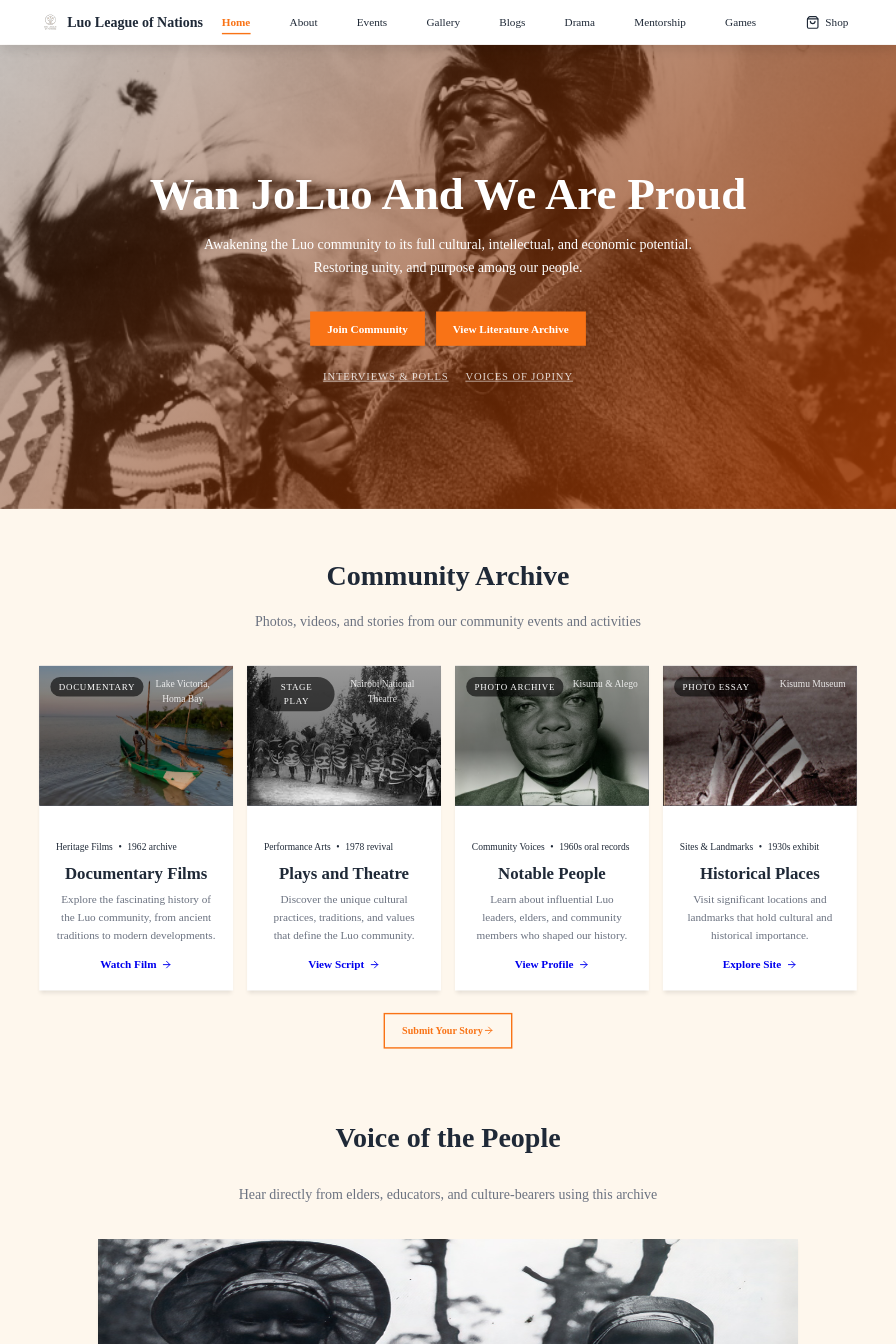
Repository: ianfranko/luo-community-history
Page: /
An editor plug-in stored every save of this project. The page is shown before and after the next save, followed by the edit.
The browser window is 1280 px wide. The pictures show the part of the page from y = 0 to 1920 px (the page is 4015 px tall before and 4515 px after), at 70% of full size.
The project was rebuilt for these pictures with package versions that can differ from the ones it lists, and the page was loaded fresh each time. The framework's server and built-in components were replaced by stand-ins that run in the browser. Also part of the build but not shown: next.config.ts.

Above is the page before, as saved 2025-11-23 12:25:47.

### src/app/layout.tsx
import type { Metadata } from "next";
import { Geist, Geist_Mono } from "next/font/google";
import "./globals.css";
import Layout from "@/components/Layout";

const geistSans = Geist({
  variable: "--font-geist-sans",
  subsets: ["latin"],
});

const geistMono = Geist_Mono({
  variable: "--font-geist-mono",
  subsets: ["latin"],
});

export const metadata: Metadata = {
  title: "Luo League of Nations",
  description: "Preserving and sharing the rich cultural heritage and history of the Luo people",
  icons: {
    icon: "/LLNLOGO.svg",
    shortcut: "/LLNLOGO.svg",
    apple: "/LLNLOGO.svg",
  },
};

export default function RootLayout({
  children,
}: Readonly<{
  children: React.ReactNode;
}>) {
  return (
    <html lang="en">
      <body
        className={`${geistSans.variable} ${geistMono.variable} antialiased`}
      >
        <Layout>{children}</Layout>
      </body>
    </html>
  );
}

### src/app/globals.css
/* Reset and base styles */
* {
  margin: 0;
  padding: 0;
  box-sizing: border-box;
}

:root {
  --primary-color: #f97316;
  --secondary-color: #eab308;
  --accent-color: #ea580c;
  --text-dark: #1f2937;
  --text-light: #6b7280;
  --bg-light: #fef7ed;
  --bg-white: #ffffff;
  --border-color: #e5e7eb;
  --shadow: 0 4px 6px -1px rgba(0, 0, 0, 0.1);
  --shadow-lg: 0 10px 15px -3px rgba(0, 0, 0, 0.1);
  --font-sans: var(--font-geist-sans), system-ui, -apple-system, sans-serif;
  --font-mono: var(--font-geist-mono), 'Courier New', monospace;

  /* New Colors */
  --forest-green: #2E7D32;
  --lake-blue: #0277BD;
  --cream: #F5F5DC;
}

body {
  font-family: var(--font-sans);
  line-height: 1.6;
  color: var(--text-dark);
  background-color: var(--bg-light);
}

/* Utility classes */
.container {
  max-width: 1200px;
  margin: 0 auto;
  padding: 0 1rem;
}

.flex {
  display: flex;
}

.flex-col {
  flex-direction: column;
}

.items-center {
  align-items: center;
}

.justify-center {
  justify-content: center;
}

.justify-between {
  justify-content: space-between;
}

.text-center {
  text-align: center;
}

.grid {
  display: grid;
}

.grid-cols-1 {
  grid-template-columns: repeat(1, minmax(0, 1fr));
}

.grid-cols-2 {
  grid-template-columns: repeat(2, minmax(0, 1fr));
}

.grid-cols-3 {
  grid-template-columns: repeat(3, minmax(0, 1fr));
}

.gap-2 {
  gap: 0.5rem;
}

.gap-4 {
  gap: 1rem;
}

.gap-6 {
  gap: 1.5rem;
}

.gap-8 {
  gap: 2rem;
}

.space-y-4 > * + * {
  margin-top: 1rem;
}

.space-y-6 > * + * {
  margin-top: 1.5rem;
}

.space-y-8 > * + * {
  margin-top: 2rem;
}

/* Typography */
.text-sm {
  font-size: 0.875rem;
}

.text-base {
  font-size: 1rem;
}

.text-lg {
  font-size: 1.125rem;
}

.text-xl {
  font-size: 1.25rem;
}

.text-2xl {
  font-size: 1.5rem;
}

.text-3xl {
  font-size: 1.875rem;
}

.text-4xl {
  font-size: 2.25rem;
}

.text-5xl {
  font-size: 10rem;
}

.font-semibold {
  font-weight: 600;
}

.font-bold {
  font-weight: 700;
}

/* Colors */
.text-primary {
  color: var(--primary-color);
}

.text-secondary {
  color: var(--secondary-color);
}

.text-gray-600 {
  color: var(--text-light);
}

.text-gray-700 {
  color: #374151;
}

.text-gray-800 {
  color: #1f2937;
}

.text-white {
  color: white;
}

.bg-primary {
  background-color: var(--primary-color);
}

.bg-secondary {
  background-color: var(--secondary-color);
}

.bg-white {
  background-color: var(--bg-white);
}

.bg-gradient {
  background: linear-gradient(135deg, var(--primary-color), var(--secondary-color));
}

/* New Color Utilities */
.text-forest-green {
  color: var(--forest-green);
}

.text-lake-blue {
  color: var(--lake-blue);
}

.bg-forest-green {
  background-color: var(--forest-green);
}

.bg-lake-blue {
  background-color: var(--lake-blue);
}

.bg-cream {
  background-color: var(--cream);
}

.border-forest-green {
  border-color: var(--forest-green);
}

.border-lake-blue {
  border-color: var(--lake-blue);
}

/* Spacing */
.p-4 {
  padding: 1rem;
}

.p-6 {
  padding: 1.5rem;
}

.p-8 {
  padding: 2rem;
}

.py-4 {
  padding-top: 1rem;
  padding-bottom: 1rem;
}

.py-8 {
  padding-top: 2rem;
  padding-bottom: 2rem;
}

.py-12 {
  padding-top: 3rem;
  padding-bottom: 3rem;
}

.py-16 {
  padding-top: 4rem;
  padding-bottom: 4rem;
}

.px-4 {
  padding-left: 1rem;
  padding-right: 1rem;
}

.px-6 {
  padding-left: 1.5rem;
  padding-right: 1.5rem;
}

.m-4 {
  margin: 1rem;
}

.mb-4 {
  margin-bottom: 1rem;
}

.mb-6 {
  margin-bottom: 1.5rem;
}

.mb-8 {
  margin-bottom: 2rem;
}

.mt-8 {
  margin-top: 2rem;
}

/* Border and shadow */
.rounded {
  border-radius: 0.25rem;
}

.rounded-lg {
  border-radius: 0.5rem;
}

.rounded-xl {
  border-radius: 0.75rem;
}

.shadow {
  box-shadow: var(--shadow);
}

.shadow-lg {
  box-shadow: var(--shadow-lg);
}

.border {
  border: 1px solid var(--border-color);
}

/* Button styles */
.btn {
  display: inline-flex;
  align-items: center;
  justify-content: center;
  padding: 0.75rem 1.5rem;
  border-radius: 0rem;
  font-weight: 600;
  text-decoration: none;
  transition: all 0.2s ease;
  cursor: pointer;
  border: none;
}

.btn-primary {
  background-color: var(--primary-color);
  color: white;
}

.btn-primary:hover {
  background-color: var(--accent-color);
  transform: translateY(-1px);
}

.btn-secondary {
  background-color: var(--secondary-color);
  color: white;
}

.btn-secondary:hover {
  background-color: #ca8a04;
  transform: translateY(-1px);
}

.btn-outline {
  background-color: transparent;
  color: var(--primary-color);
  border: 2px solid var(--primary-color);
}

.btn-outline:hover {
  background-color: var(--primary-color);
  color: white;
}

/* Card styles */
.card {
  background-color: var(--bg-white);
  border-radius: 0rem;
  box-shadow: var(--shadow);
  overflow: hidden;
  transition: transform 0.2s ease, box-shadow 0.2s ease;
}

.card:hover {
  transform: translateY(-2px);
  box-shadow: var(--shadow-lg);
}

.card-body {
  padding: 1.5rem;
}

.card-title {
  font-size: 1.25rem;
  font-weight: 600;
  margin-bottom: 0.5rem;
}

.card-text {
  color: var(--text-light);
  line-height: 1.6;
}

/* Responsive design */
@media (min-width: 768px) {
  .md\:grid-cols-2 {
    grid-template-columns: repeat(2, minmax(0, 1fr));
  }

  .md\:grid-cols-3 {
    grid-template-columns: repeat(3, minmax(0, 1fr));
  }

  .md\:flex {
    display: flex;
  }

  .md\:flex-row {
    flex-direction: row;
  }

  .md\:justify-center {
    justify-content: center;
  }

  .md\:gap-4 {
    gap: 1rem;
  }

  .md\:flex-wrap {
    flex-wrap: wrap;
  }

  .md\:text-left {
    text-align: left;
  }

  .md\:px-6 {
    padding-left: 1.5rem;
    padding-right: 1.5rem;
  }

  .md\:py-16 {
    padding-top: 4rem;
    padding-bottom: 4rem;
  }
}

@media (min-width: 1024px) {
  .lg\:grid-cols-3 {
    grid-template-columns: repeat(3, minmax(0, 1fr));
  }

  .lg\:grid-cols-4 {
    grid-template-columns: repeat(4, minmax(0, 1fr));
  }

  .lg\:px-8 {
    padding-left: 2rem;
    padding-right: 2rem;
  }

  .lg\:py-20 {
    padding-top: 5rem;
    padding-bottom: 5rem;
  }
}

/* Hero section styles */
.hero {
  background: linear-gradient(135deg, rgba(51, 23, 3, 0.2), rgba(156, 56, 3, 0.9)),
              url('/COLLECTIE_TROPENMUSEUM_Luo_dansers_in_krijgskostuum_tijdens_de_Eldoret_Agricultural_Show_TMnr_20014318.jpg') center/cover no-repeat;
  color: white;
  padding: 11rem 0rem; /* base padding for desktop */
  position: relative;
  overflow: hidden;
}

.hero::before {
  content: '';
  position: absolute;
  inset: 0;
  background:
    rgba(0, 0, 0, 0.85),
    url("data:[embedded picture, 296 characters]");
  background-size: cover;
  pointer-events: none;
  z-index: 1;
}

.hero > * {
  position: relative;
  z-index: 2;
}

.hero-content {
  position: relative;
  z-index: 1;
  max-width: 900px;
  margin: 0 auto;
  text-align: center;
}

/* Scalable heading and text */
.hero-content h1 {
  font-size: clamp(2rem, 5vw, 4rem);
  font-weight: 700;
  line-height: 1.2;
  margin-bottom: 1rem;
}

.hero-content p {
  font-size: clamp(1rem, 2.5vw, 1.25rem);
  line-height: 1.6;
  margin-bottom: 2rem;
}

/* Mobile-specific adjustments */
@media (max-width: 767px) {
  .hero {
    padding: 6rem 1rem;
  }

  .hero-content {
    text-align: center;
  }

  .hero-content h1 {
    font-size: clamp(1.5rem, 6vw, 3rem);
  }

  .hero-content p {
    font-size: clamp(0.9rem, 4vw, 1.1rem);
  }
}


/* Search styles */
.search-container {
  position: relative;
  max-width: 500px;
  margin: 0 auto;
}

.search-input {
  width: 100%;
  padding: 1rem 1.5rem;
  border-radius: 2rem;
  border: none;
  background-color: rgba(255, 255, 255, 0.9);
  font-size: 1rem;
  outline: none;
  transition: all 0.2s ease;
}

.search-input:focus {
  background-color: white;
  box-shadow: 0 0 0 3px rgba(249, 115, 22, 0.3);
}

.search-button {
  position: absolute;
  right: 0.5rem;
  top: 50%;
  transform: translateY(-50%);
  background-color: var(--primary-color);
  border: none;
  border-radius: 50%;
  width: 2.5rem;
  height: 2.5rem;
  display: flex;
  align-items: center;
  justify-content: center;
  cursor: pointer;
  transition: background-color 0.2s ease;
}

.search-button:hover {
  background-color: var(--accent-color);
}

/* Section styles */
.section {
  padding: 4rem 0;
}

.section-title {
  font-size: 2.5rem;
  font-weight: 700;
  text-align: center;
  margin-bottom: 1rem;
  color: var(--text-dark);
}

.section-subtitle {
  font-size: 1.25rem;
  text-align: center;
  color: var(--text-light);
  margin-bottom: 3rem;
  max-width: 600px;
  margin-left: auto;
  margin-right: auto;
}

.cta-card {
  background: rgba(255, 255, 255, 0.08);
  border: 1px solid rgba(255, 255, 255, 0.2);
  border-radius: 20px;
  padding: 2rem;
  backdrop-filter: blur(12px);
  box-shadow: 0 25px 45px rgba(0, 0, 0, 0.25);
  color: white;
  text-align: left;
}

.cta-card-orange {
  background: linear-gradient(135deg, rgba(249, 116, 22, 0.551), rgba(234, 88, 12, 0.85));
  backdrop-filter: blur(10px);
  color: white;
  border-radius: 16px;
  box-shadow: 0 10px 25px rgba(0,0,0,0.25);
}



.cta-stat {
  font-size: clamp(2.5rem, 4vw, 3.5rem);
  font-weight: 700;
  line-height: 1;
}

.cta-label {
  margin-top: 0.75rem;
  font-size: 0.95rem;
  letter-spacing: 0.12em;
  text-transform: uppercase;
  color: rgba(255, 255, 255, 0.85);
}

.cta-body {
  margin-top: 1rem;
  font-size: 1.05rem;
  line-height: 1.6;
  color: rgba(255, 255, 255, 0.95);
}

/* Feature grid */
.feature-grid {
  display: grid;
  grid-template-columns: repeat(auto-fit, minmax(300px, 2fr));
  gap: 2rem;
  margin-top: 3rem;
}

.feature-card {
  background-color: var(--bg-white);
  padding: 2rem;
  border-radius: 0rem;
  box-shadow: var(--shadow);
  text-align: center;
  transition: transform 0.2s ease, box-shadow 0.2s ease;
}

.feature-card:hover {
  transform: translateY(-4px);
  box-shadow: var(--shadow-lg);
}

.gallery-card-image {
  width: 100%;
  height: 200px;
  margin-bottom: 1.5rem;
  border-radius: 0rem;
  overflow: hidden;
  background-color: #0f172a;
  position: relative;
}

.feature-icon {
  width: 4rem;
  height: 4rem;
  background: var(--bg-gradient);
  border-radius: 50%;
  display: flex;
  align-items: center;
  justify-content: center;
  margin: 0 auto 1.5rem;
  color: white;
}

.feature-title {
  font-size: 1.5rem;
  font-weight: 600;
  margin-bottom: 1rem;
  color: var(--text-dark);
}

.feature-description {
  color: var(--text-light);
  line-height: 1.6;
}

/* Testimonials grid */
.testimonial-grid {
  display: grid;
  grid-template-columns: repeat(auto-fit, minmax(280px, 1fr));
  gap: 1.5rem; /* slightly reduced for small screens */
  margin-top: 3rem;
  padding: 0 1rem;
}

.testimonial-card {
  background-color: var(--bg-white);
  padding: 1.5rem; /* reduced padding for mobile */
  border-radius: 0.5rem; /* slight rounding for touch-friendly */
  box-shadow: 0 6px 20px rgba(0,0,0,0.1);
  transition: transform 0.3s ease, box-shadow 0.3s ease;
  position: relative;
  overflow: hidden;
}

.testimonial-quote {
  font-size: clamp(0.95rem, 2.5vw, 1.1rem);
  line-height: 1.6;
  margin-bottom: 1rem;
}

.testimonial-author {
  margin-top: 0.5rem;
}

.author-name {
  font-weight: 600;
  color: var(--text-dark);
  font-size: clamp(0.9rem, 2vw, 1rem);
}

.author-title {
  font-size: clamp(0.8rem, 1.8vw, 0.9rem);
  color: var(--text-light);
}

/* Optional: reduce gap on very small devices */
@media (max-width: 480px) {
  .testimonial-grid {
    gap: 1rem;
  }

  .testimonial-card {
    padding: 1rem;
  }
}

/* Stats section */
/* ========================= */
/* STATS SECTION RESPONSIVE  */
/* ========================= */
.stats-grid {
  display: grid;
  grid-template-columns: repeat(auto-fit, minmax(180px, 1fr));
  gap: 1.5rem; /* smaller gap for mobile */
  margin-top: 3rem;
  padding: 0 1rem; /* ensure padding on small screens */
}

.stat-item {
  text-align: center;
  padding: 1rem 1.5rem; /* slightly smaller padding for mobile */
  background-color: var(--bg-white);
  border-radius: 0.5rem;
  box-shadow: var(--shadow);
  transition: transform 0.2s ease, box-shadow 0.2s ease;
}

.stat-item:hover {
  transform: translateY(-4px);
  box-shadow: var(--shadow-lg);
}

.stat-number {
  font-size: clamp(2rem, 5vw, 3rem); /* scales from mobile to desktop */
  font-weight: 700;
  color: var(--primary-color);
  display: block;
  line-height: 1.2;
}

.stat-label {
  font-size: clamp(0.9rem, 2.5vw, 1.1rem); /* scales nicely */
  color: var(--text-light);
  margin-top: 0.5rem;
}

/* Extra small devices adjustments */
@media (max-width: 480px) {
  .stats-grid {
    gap: 1rem;
  }

  .stat-item {
    padding: 0.75rem 1rem;
  }
}


/* Navigation styles */
.header-nav {
  display: none;
}

.desktop-nav-links {
  display: flex;
  gap: 2rem;
  align-items: center;
}

.menu-toggle {
  display: block;
}

.nav-link {
  color: var(--text-dark);
  text-decoration: none;
  font-weight: 500;
  transition: color 0.2s ease;
  display: flex;
  align-items: center;
  gap: 0.5rem;
  padding: 0.5rem 0.75rem;
  border-radius: 0.5rem;
  position: relative;
}

.nav-link:hover {
  color: var(--primary-color);
}

.nav-link-active {
  color: var(--primary-color);
  font-weight: 600;
}

.nav-link.nav-link-active::after {
  content: '';
  position: absolute;
  left: 0.75rem;
  right: 0.75rem;
  bottom: 0.25rem;
  height: 2px;
  background-color: var(--primary-color);
}

.nav-link-mobile.nav-link-active {
  color: var(--primary-color);
  font-weight: 600;
}

.nav-link-mobile {
  display: flex;
  align-items: center;
  gap: 0.5rem;
  padding: 0.75rem;
  color: var(--text-dark);
  text-decoration: none;
  border-radius: 0.5rem;
  transition: color 0.2s ease;
}

.nav-link-mobile:hover {
  color: var(--primary-color);
}

.mobile-nav {
  width: 100%;
  background-color: var(--bg-white);
  border-top: 1px solid var(--border-color);
  box-shadow: var(--shadow);
  animation: mobileNavReveal 0.2s ease;
}

@keyframes mobileNavReveal {
  from {
    opacity: 0;
    transform: translateY(-8px);
  }
  to {
    opacity: 1;
    transform: translateY(0);
  }
}

@media (min-width: 768px) {
  .header-nav {
    display: flex;
  }

  .menu-toggle {
    display: none;
  }

  .mobile-nav {
    display: none;
  }
}

/* Footer styles */
.footer {
  background-color: var(--text-dark);
  color: white;
  padding: 3rem 0 1rem;
}

.footer-content {
  display: grid;
  grid-template-columns: repeat(auto-fit, minmax(250px, 1fr));
  gap: 2rem;
  margin-bottom: 2rem;
}

.footer-section h3 {
  font-size: 1.25rem;
  font-weight: 600;
  margin-bottom: 1rem;
}

.footer-section ul {
  list-style: none;
}

.footer-section li {
  margin-bottom: 0.5rem;
}

.footer-section a {
  color: #9ca3af;
  text-decoration: none;
  transition: color 0.2s ease;
}

.footer-section a:hover {
  color: var(--primary-color);
}

.footer-bottom {
  border-top: 1px solid #374151;
  padding-top: 1rem;
  text-align: center;
  color: #9ca3af;
}

### src/components/Layout.tsx
'use client'

import Link from 'next/link'
import Image from 'next/image'
import { useEffect, useState } from 'react'
import { Menu, X, ShoppingBag } from 'lucide-react'
import { usePathname } from 'next/navigation'

const navigation = [
  { name: 'Home', href: '/' },
  { name: 'About', href: '/about' },
  { name: 'Events', href: '/events' },
  { name: 'Gallery', href: '/Gallery' },
  { name: 'Blogs', href: '/BlogList' },
  { name: 'Drama', href: '/Drama' },
  { name: 'Mentorship', href: '/mentorship' },
  { name: 'Games', href: '/games' },
]

export default function Layout({ children }: { children: React.ReactNode }) {
  const [isMenuOpen, setIsMenuOpen] = useState(false)
  const pathname = usePathname()

  useEffect(() => {
    setIsMenuOpen(false)
  }, [pathname])

  useEffect(() => {
    if (!isMenuOpen) return

    const handleKeyDown = (event: KeyboardEvent) => {
      if (event.key === 'Escape') {
        setIsMenuOpen(false)
      }
    }

    window.addEventListener('keydown', handleKeyDown)
    return () => window.removeEventListener('keydown', handleKeyDown)
  }, [isMenuOpen])

  return (
    <div style={{ minHeight: '100vh', backgroundColor: 'var(--bg-light)' }}>
      {/* Header */}
      <header style={{
        backgroundColor: 'var(--bg-white)',
        boxShadow: 'var(--shadow-lg)',
        position: 'sticky',
        top: 0,
        zIndex: 50
      }}>
        <div className="container">
          <div style={{
            display: 'flex',
            justifyContent: 'space-between',
            alignItems: 'center',
            height: '4rem'
          }}>
            {/* Logo */}
            <Link
              href="/"
              style={{
                display: 'flex',
                alignItems: 'center',
                gap: '0.5rem',
                textDecoration: 'none',
              }}
            >
              <Image
                src="/LLNLOGO.svg"
                alt="Luo League of Nations Logo"
                width={32}
                height={32}
                style={{ objectFit: 'contain' }}
              />
              <span style={{ fontSize: '1.25rem', fontWeight: '700', color: 'var(--text-dark)' }}>
                Luo League of Nations
              </span>
            </Link>

            {/* Desktop Navigation */}
            <nav className="header-nav" aria-label="Primary navigation">
              <div className="desktop-nav-links">
                {navigation.map((item) => {
                  const isActive =
                    item.href === '/'
                      ? pathname === item.href
                      : pathname?.startsWith(item.href)

                  return (
                    <Link
                      key={item.name}
                      href={item.href}
                      className={`nav-link ${isActive ? 'nav-link-active' : ''}`}
                    >
                      <span>{item.name}</span>
                    </Link>
                  )
                })}
              </div>
            </nav>

            {/* Shop Merch Link */}
            <Link
              href="/shop"
              className="nav-link"
              style={{
                marginLeft: '2rem'
              }}
            >
              <ShoppingBag size={20} />
              <span className="shop-text">Shop</span>
            </Link>

            {/* Hamburger menu button */}
            <button
              className="menu-toggle"
              style={{
                padding: '0.5rem',
                color: 'var(--text-dark)',
                border: 'none',
                background: 'none',
                cursor: 'pointer'
              }}
              aria-label={isMenuOpen ? 'Close navigation menu' : 'Open navigation menu'}
              aria-expanded={isMenuOpen}
              aria-controls="mobile-nav"
              onClick={() => setIsMenuOpen(!isMenuOpen)}
            >
              {isMenuOpen ? <X size={24} /> : <Menu size={24} />}
            </button>
          </div>
        </div>

        {/* Navigation Dropdown */}
        {isMenuOpen && (
          <nav
            id="mobile-nav"
            aria-label="Mobile navigation"
            className="mobile-nav"
          >
            <div style={{
              padding: '1rem'
            }} className="flex flex-col gap-2 md:flex-row md:justify-center md:gap-4 md:flex-wrap">
              {navigation.map((item) => {
                const isActive =
                  item.href === '/'
                    ? pathname === item.href
                    : pathname?.startsWith(item.href)

                return (
                  <Link
                    key={item.name}
                    href={item.href}
                    className={`nav-link-mobile ${isActive ? 'nav-link-active' : ''}`}
                    onClick={() => setIsMenuOpen(false)}
                  >
                    <span>{item.name}</span>
                  </Link>
                )
              })}

              {/* Shop Merch in Mobile Nav */}
              <Link
                href="/shop"
                className="nav-link-mobile"
                onClick={() => setIsMenuOpen(false)}
              >
                <ShoppingBag size={20} />
                <span>Shop Merch</span>
              </Link>

            </div>
          </nav>
        )}
      </header>

      {/* Main Content */}
      <main style={{ flex: 1 }}>
        {children}
      </main>

      {/* Footer */}
      <footer className="footer">
        <div className="container">
          <div className="footer-content">
            <div className="footer-section">
              <div style={{ display: 'flex', alignItems: 'center', gap: '0.5rem', marginBottom: '1rem' }}>
                <Image
                  src="/lln.svg"
                  alt="Luo League of Nations Logo"
                  width={32}
                  height={32}
                  style={{ objectFit: 'contain' }}
                />
                <span style={{ fontSize: '1.25rem', fontWeight: '700' }}>Luo League of Nations</span>
              </div>
              <p style={{ color: '#9ca3af', marginBottom: '1rem' }}>
                Preserving and sharing the rich cultural heritage and history of the Luo people for future generations.
              </p>
            </div>

            <div className="footer-section">
              <h3>Quick Links</h3>
              <ul>
                <li><Link href="/culture">Culture</Link></li>
                <li><Link href="/people">Notable People</Link></li>
                <li><Link href="/places">Historical Places</Link></li>
                <li><Link href="/events">Events</Link></li>
                <li><Link href="/Gallery">Gallery</Link></li>
              </ul>
            </div>

            <div className="footer-section">
              <h3>Community</h3>
              <ul>
                <li><Link href="/about">About Us</Link></li>
                <li><Link href="/contact">Contact</Link></li>
              </ul>
            </div>
          </div>

          <div className="footer-bottom">
            <p>&copy; 2025 Luo League of Nations. All rights reserved.</p>
          </div>
        </div>
      </footer>


    </div>
  )
}

Loaded but not shown: src/app/page.tsx (490 lines, source omitted)

After the next save:
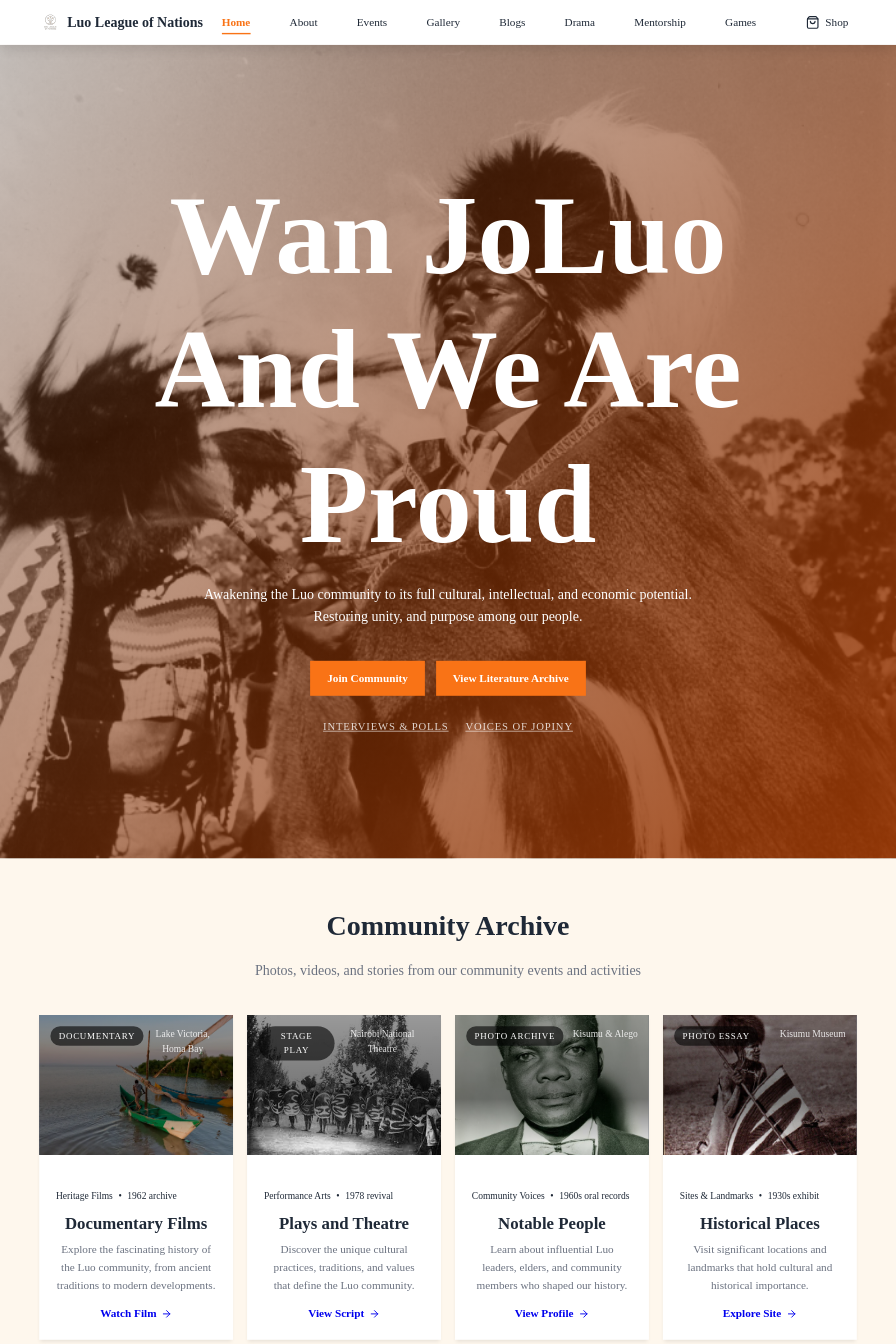
Saved 114 s later.
--- a/src/app/globals.css
+++ b/src/app/globals.css
@@ -482,7 +482,6 @@ body {
 
 /* Scalable heading and text */
 .hero-content h1 {
-  font-size: clamp(2rem, 5vw, 4rem);
   font-weight: 700;
   line-height: 1.2;
   margin-bottom: 1rem;
